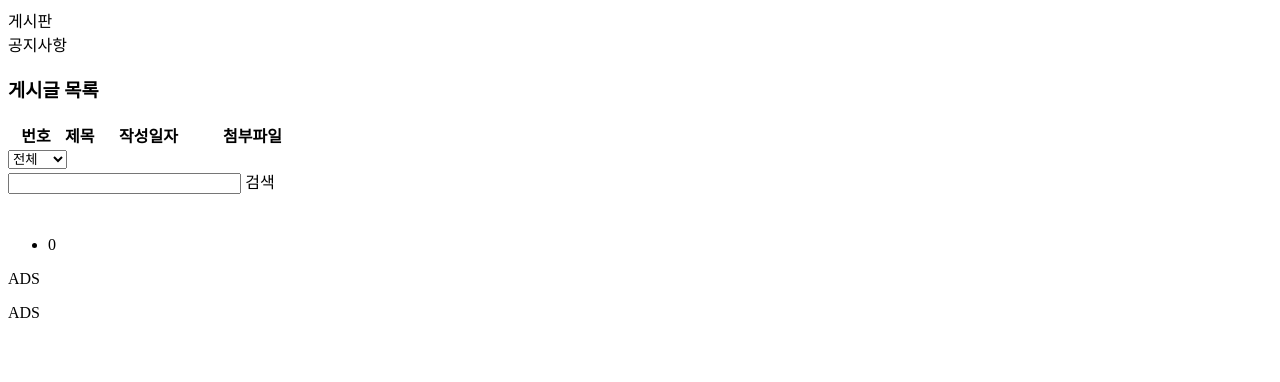
Repository: letzbegin/Study
Page: http://localhost/portfolio/WEB-INF/views/board/list.jsp
These files come from the project's save history. The page is drawn as it stood at one moment and after the next save; the edit follows.
The browser window is 1280 px wide. The pictures show the whole page.
The page is served by Tomcat 9. Nobody is signed in. Other server files are loaded and not shown. The template is opened directly, without the code that normally fills it, so the values that code supplies are empty.

Above is the page before, as saved 2018-10-16 08:48:41.

### pol/portfolio/src/main/webapp/WEB-INF/views/board/list.jsp
<%@ page language="java" contentType="text/html; charset=UTF-8"
	pageEncoding="UTF-8"%>
<%@ taglib prefix="c" uri="http://java.sun.com/jsp/jstl/core"%>
<!DOCTYPE html PUBLIC "-//W3C//DTD HTML 4.01 Transitional//EN" "http://www.w3.org/TR/html4/loose.dtd">
<html>
<head>
<meta http-equiv="Content-Type" content="text/html; charset=UTF-8">
<title>Insert title here</title>
<style type="text/css">
#list-top {
	width: 70%;
	padding-left: 15%;
	padding-bottom: 20px;
}
</style>
</head>
<body>
	<div class="container-fluid text-center">
		<div class="row content">
			<div class="col-sm-2">
				<div class="panel panel-default">
					<div class="panel-heading">게시판</div>
					<div class="panel-body">공지사항</div>
				</div>
			</div>
			<div class="col-sm-8 text-left">
				<h3>게시글 목록</h3>

				<table class="table">
					<tr>
						<th width="50px">번호</th>
						<th style="text-align: center;">제목</th>
						<th width="100px">작성일자</th>
						<th width="100px">첨부파일</th>
					</tr>
					<c:forEach items="${page.list }" var="vo">
						<tr>
							<td>${vo.no }</td>
							<td class="left" onclick="go_detail(${vo.id})">${vo.title }</td>
							<td>${vo.writedate }</td>
							<td>${ empty vo.filename ? '' : '<span class="glyphicon glyphicon-file"></span>' }</td>
						</tr>
					</c:forEach>
				</table>

				<span style="float: left;">
						 <select name="search">
								<option ${page.search eq 'all' ? 'selected' : '' } value="all">전체</option>
								<option ${page.search eq 'title' ? 'selected' : '' }
									value="title">제목</option>
								<option ${page.search eq 'content' ? 'selected' : '' }
									value="content">내용</option>
								<option ${page.search eq 'writer' ? 'selected' : '' }
									value="writer">작성자</option>
						</select> <input type="text" name="keyword" value="${page.keyword }"
							style="width: 80%;" /> <a
							class="btn btn-success btn-sm" onclick="$('form').submit()">검색</a>
							<c:if test="${!empty login_info }">
							<a class="btn btn-success btn-sm" style="float: right;"
								onclick="location='new.bo'">글쓰기</a>
						</c:if>
						</span>
						<form method="post" action="list.bo" id="list">
					<p id="list-top">



					</p>
					<input type="hidden" name="id" /> <input type="hidden"
						name="curPage" id="curPage" />
				</form>

				<br>
				<jsp:include page="/WEB-INF/views/board/page.jsp" />

			</div>
			<div class="col-sm-2 sidenav">
				<div class="well">
					<p>ADS</p>
				</div>
				<div class="well">
					<p>ADS</p>
				</div>
			</div>
		</div>
	</div>
</body>
<script type="text/javascript">
	function go_detail(id) {
		$('[name=id]').val(id);
		$('form').attr('action', 'detail.bo');
		$('form').submit();
	}
</script>
</html>

### pol/portfolio/src/main/webapp/WEB-INF/views/board/page.jsp
<%@ page language="java" contentType="text/html; charset=UTF-8"
    pageEncoding="UTF-8"%>
<%@ taglib prefix="c"  uri="http://java.sun.com/jsp/jstl/core"%>

<div class="page_list">

<!-- 이전블럭버튼: 이전블럭의 마지막페이지: page.beginPage-1
                     이전블럭의 첫페이지: page.beginPage-page.blockPage -->
<c:if test="${page.curBlock gt 1 }">
<a onclick="go_page(1)"><span class="glyphicon glyphicon-step-backward"></span>첫페이지</a>
<a onclick="go_page(${page.beginPage-page.blockPage})"><span class="glyphicon glyphicon-triangle-left"></span>이전블럭</a>
</c:if>
<ul class="pagination">
<c:forEach var="i" begin="${page.beginPage }" end="${page.endPage }">
	<c:if test="${i eq page.curPage }">
		<li class="active"><span class="page_on">${i }</span></li>
 	</c:if>

	<c:if test="${i ne page.curPage }">
 		<li><a class="page_off" onclick="go_page(${i})">${i }</a></li>
 	</c:if>
</c:forEach>
</ul>
<!-- 다음블럭버튼: 다음블럭첫페이지 -->
<c:if test="${page.curBlock lt page.totalBlock }">
<a onclick="go_page(${page.endPage+1})"><span class="glyphicon glyphicon-triangle-right"></span>다음</a><a
class="page_last" onclick="go_page(${page.totalPage})"><span class="glyphicon glyphicon-forward"></span>마지막페이지</a>
</c:if>
</div>

<script type="text/javascript">
function go_page(page){
	$('#curPage').val(page);
	$('#list').submit();
}
</script>

After the next save:
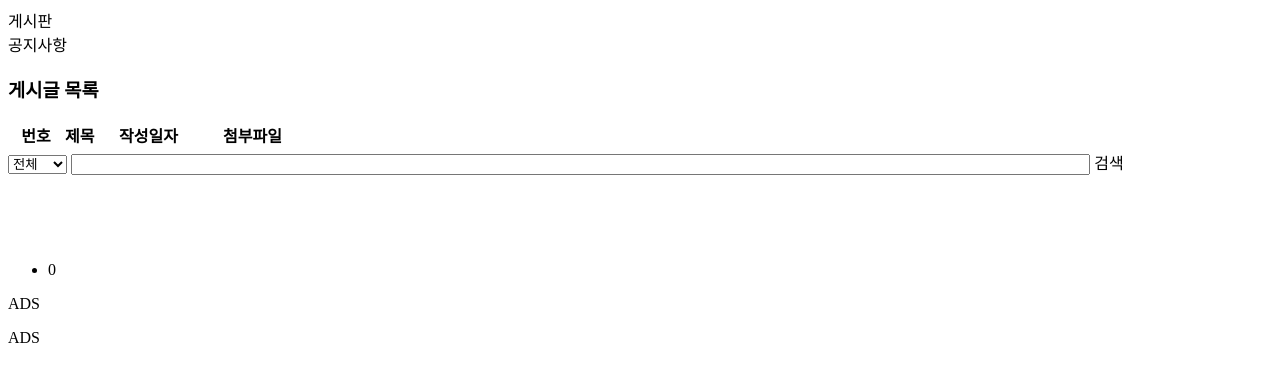
Saved 5 s later.
--- a/pol/portfolio/src/main/webapp/WEB-INF/views/board/list.jsp
+++ b/pol/portfolio/src/main/webapp/WEB-INF/views/board/list.jsp
@@ -43,7 +43,7 @@
 					</c:forEach>
 				</table>
 
-				<span style="float: left;">
+				<span >
 						 <select name="search">
 								<option ${page.search eq 'all' ? 'selected' : '' } value="all">전체</option>
 								<option ${page.search eq 'title' ? 'selected' : '' }
